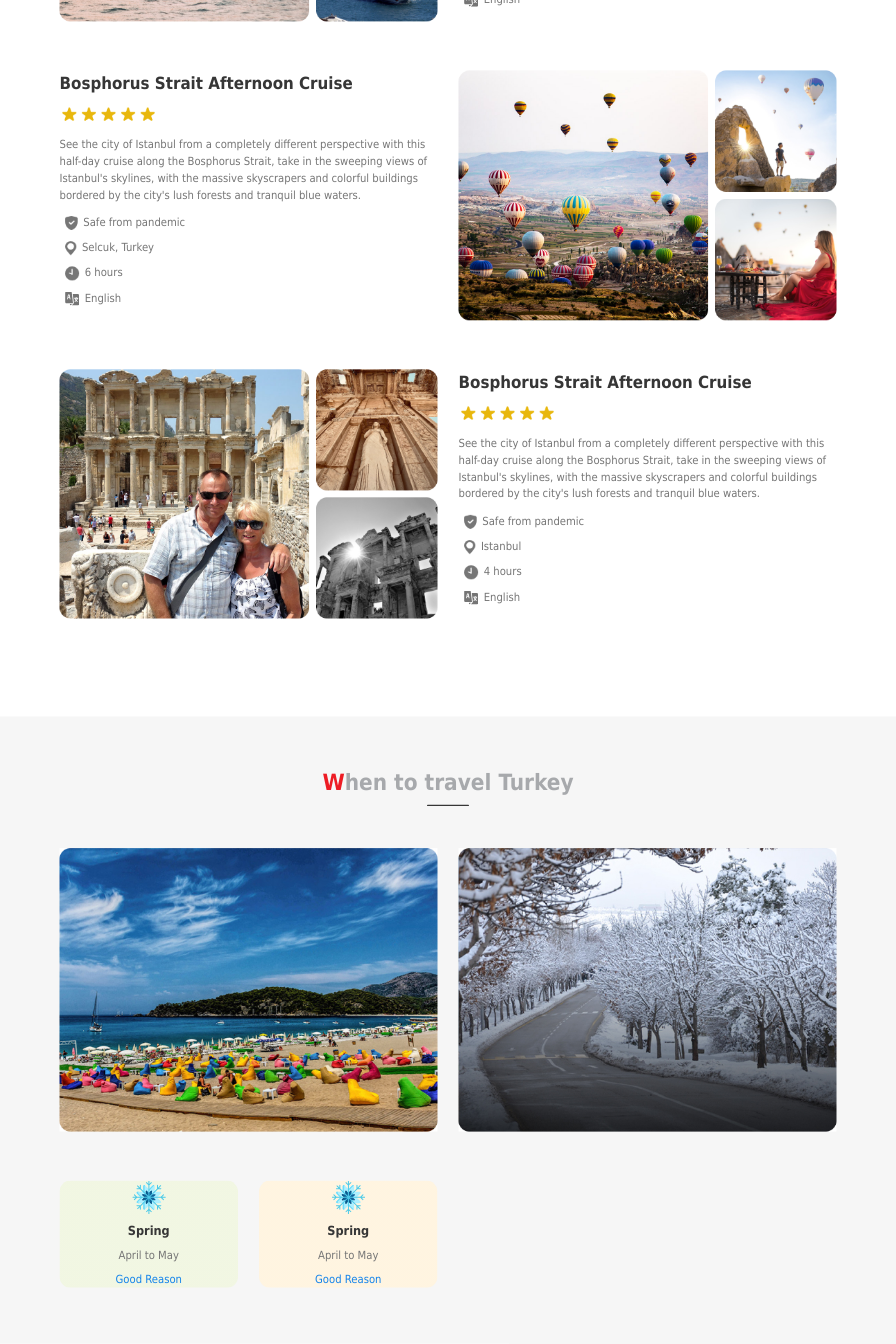
Repository: cvminhquan/turkey
Page: index.html
An editor plug-in stored every save of this project. The page is shown before and after the next save, followed by the edit.
The browser window is 1280 px wide. The pictures show the part of the page from y = 1841 to 3761 px (the page is 3761 px tall), at 70% of full size.
The style sheet was rebuilt from its Sass, Less or Tailwind sources for each picture, by a compiler version that may differ from the author's.

Above is the page before, as saved 2022-09-15 19:59:58.

After the next save:
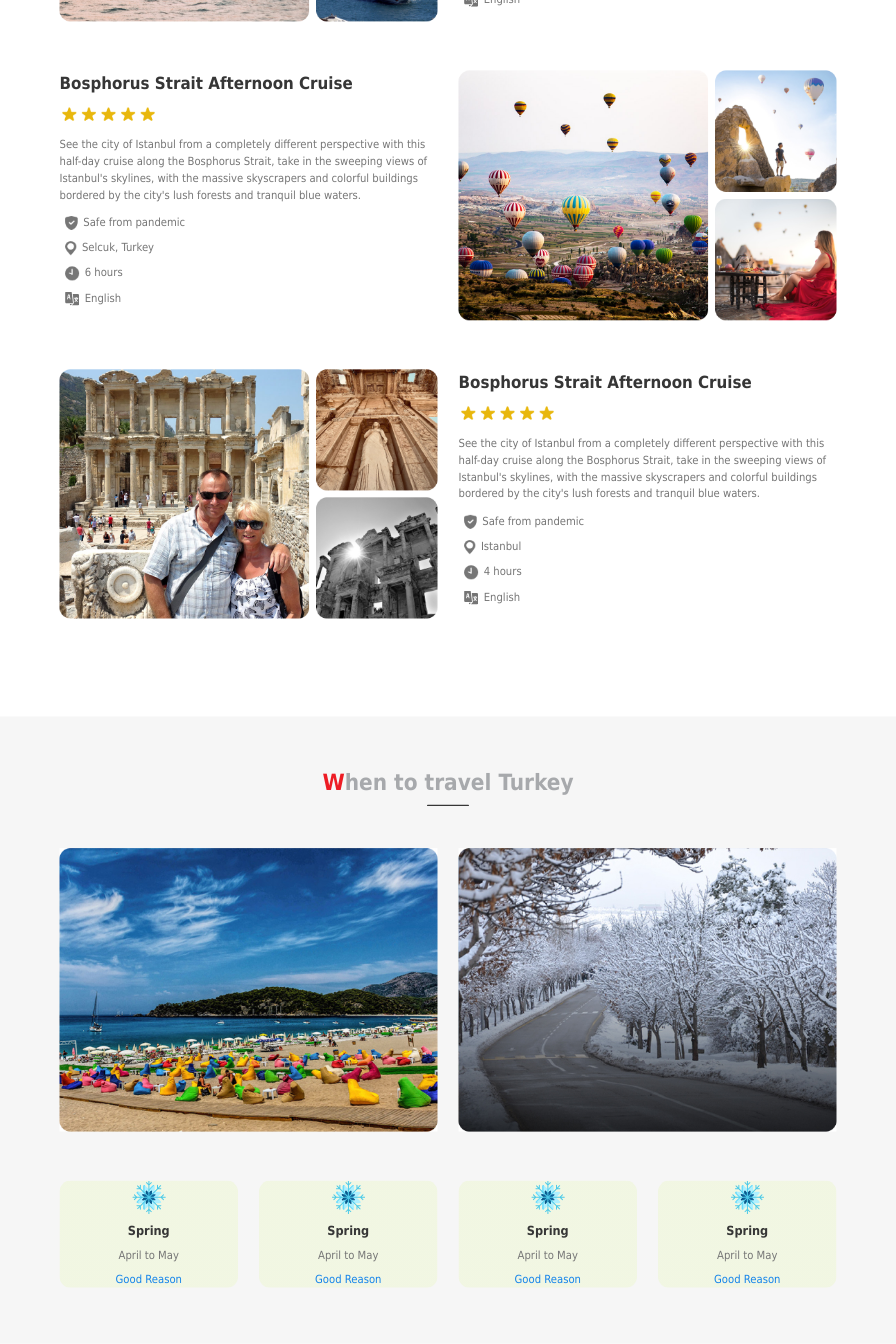
Saved 2 min 17 s later.
--- a/index.html
+++ b/index.html
@@ -203,7 +203,27 @@
                         </div>
                     </div>
                     <div class="col-3 text-center">
-                        <div class="bg-summer p-20">
+                        <div class="bg-spring p-20">
+                            <p class=" bdr text-center "><img src="./images/icon-snow.svg " alt=" "></p>
+                            <h2>Spring</h2>
+                            <p>
+                                <h3 class="text-month ">April to May</h3>
+                            </p>
+                            <p class="text-status ">Good Reason</p>
+                        </div>
+                    </div>
+                    <div class="col-3 text-center">
+                        <div class="bg-spring p-20">
+                            <p class=" bdr text-center "><img src="./images/icon-snow.svg " alt=" "></p>
+                            <h2>Spring</h2>
+                            <p>
+                                <h3 class="text-month ">April to May</h3>
+                            </p>
+                            <p class="text-status ">Good Reason</p>
+                        </div>
+                    </div>
+                    <div class="col-3 text-center">
+                        <div class="bg-spring p-20">
                             <p class=" bdr text-center "><img src="./images/icon-snow.svg " alt=" "></p>
                             <h2>Spring</h2>
                             <p>
